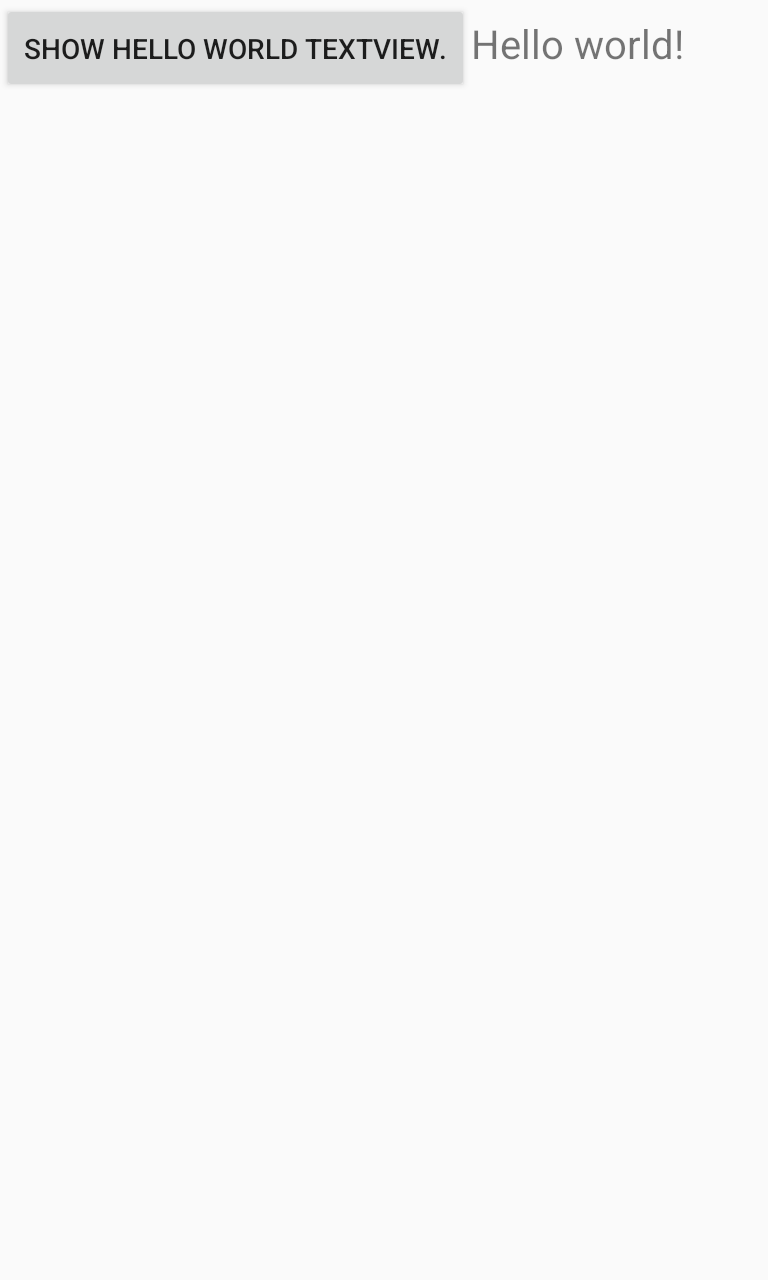
Repository: JoanneCaroll/EventHandling
Layout: EventHandling/res/layout/activity_main.xml
The author's editor kept a copy of each file at every save. The layout is drawn from the files as they stood at one save, then again after the next save.
It is drawn on a 768 x 1280 px phone screen (xhdpi) without system bars, with theme AppTheme; the app's code is not run.

Above is the layout before, as saved 2014-10-28 06:25:35.

After the next save:
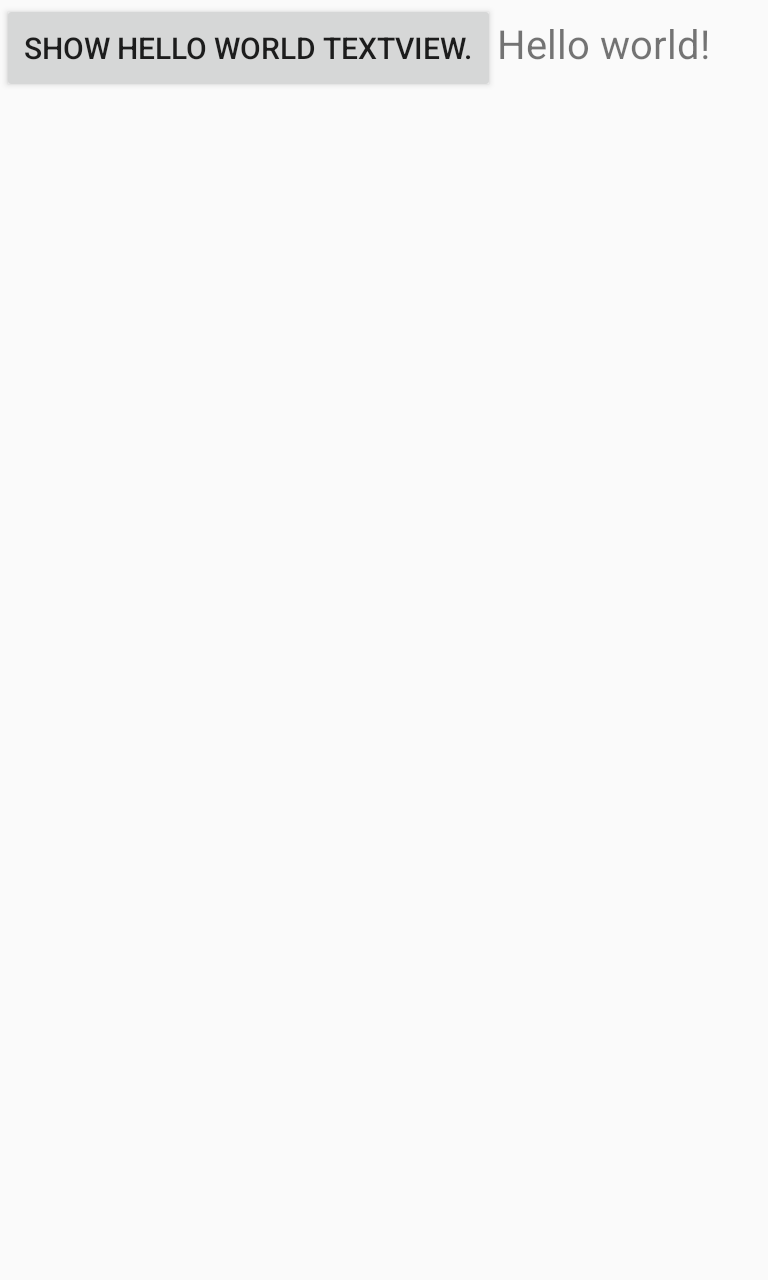
Saved 103 s later.
--- a/EventHandling/res/layout/activity_main.xml
+++ b/EventHandling/res/layout/activity_main.xml
@@ -2,21 +2,32 @@
     xmlns:tools="http://schemas.android.com/tools"
     android:layout_width="match_parent"
     android:layout_height="match_parent"
-    android:orientation="horizontal"
+    android:orientation="vertical"
     android:layout_gravity="center">
 
+    <LinearLayout
+            android:layout_width="match_parent"
+		    android:layout_height="match_parent"
+		    android:orientation="horizontal"
+		    android:layout_gravity="center">
 
-    <Button
-        android:id="@+id/showButton"
-        android:layout_width="wrap_content"
-        android:layout_height="wrap_content"
-        android:text="@string/show"/>
+        <Button
+	        android:id="@+id/showText"
+	        android:layout_width="wrap_content"
+	        android:layout_height="wrap_content"
+	        android:text="@string/show"
+	        android:textSize="15dp"/>
 
-    <TextView
-        android:id="@+id/hello_world"
-        android:layout_width="wrap_content"
-        android:layout_height="wrap_content"
-        android:text="@string/hello_world"
-        android:textSize="20dp"/>
+	    <TextView
+	        android:id="@+id/hello_world"
+	        android:layout_width="wrap_content"
+	        android:layout_height="wrap_content"
+	        android:text="@string/hello_world"
+	        android:textSize="20dp"/>
+
+    </LinearLayout>
+
+
+
 
 </LinearLayout>
